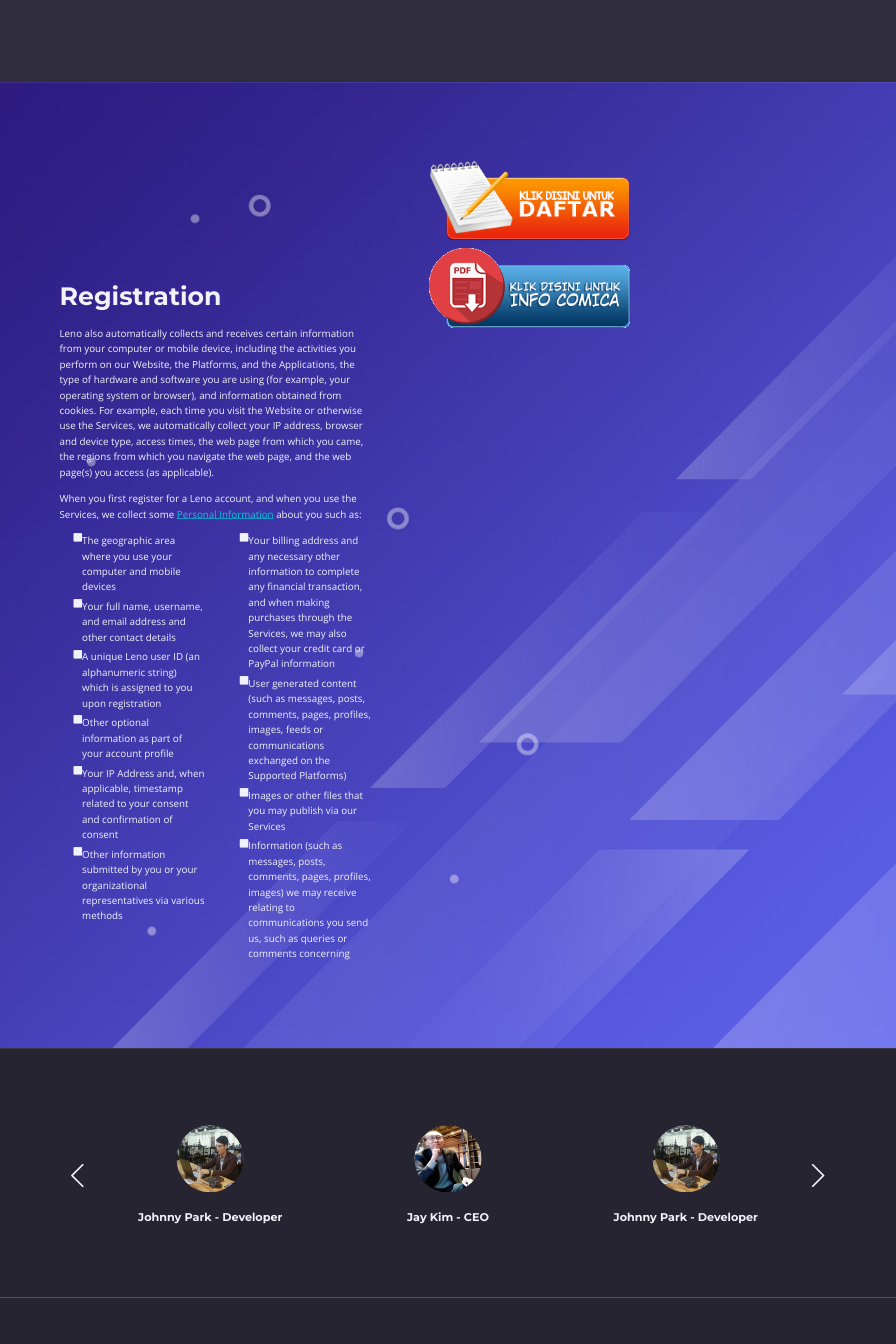
Repository: blackhat97/Homepage
Page: index.html
An editor plug-in stored every save of this project. The page is shown before and after the next save, followed by the edit.
The browser window is 1280 px wide. The pictures show the part of the page from y = 1646 to 3566 px (the page is 4349 px tall before and 4113 px after), at 70% of full size.

Above is the page before, as saved 2020-04-03 12:49:11.

After the next save:
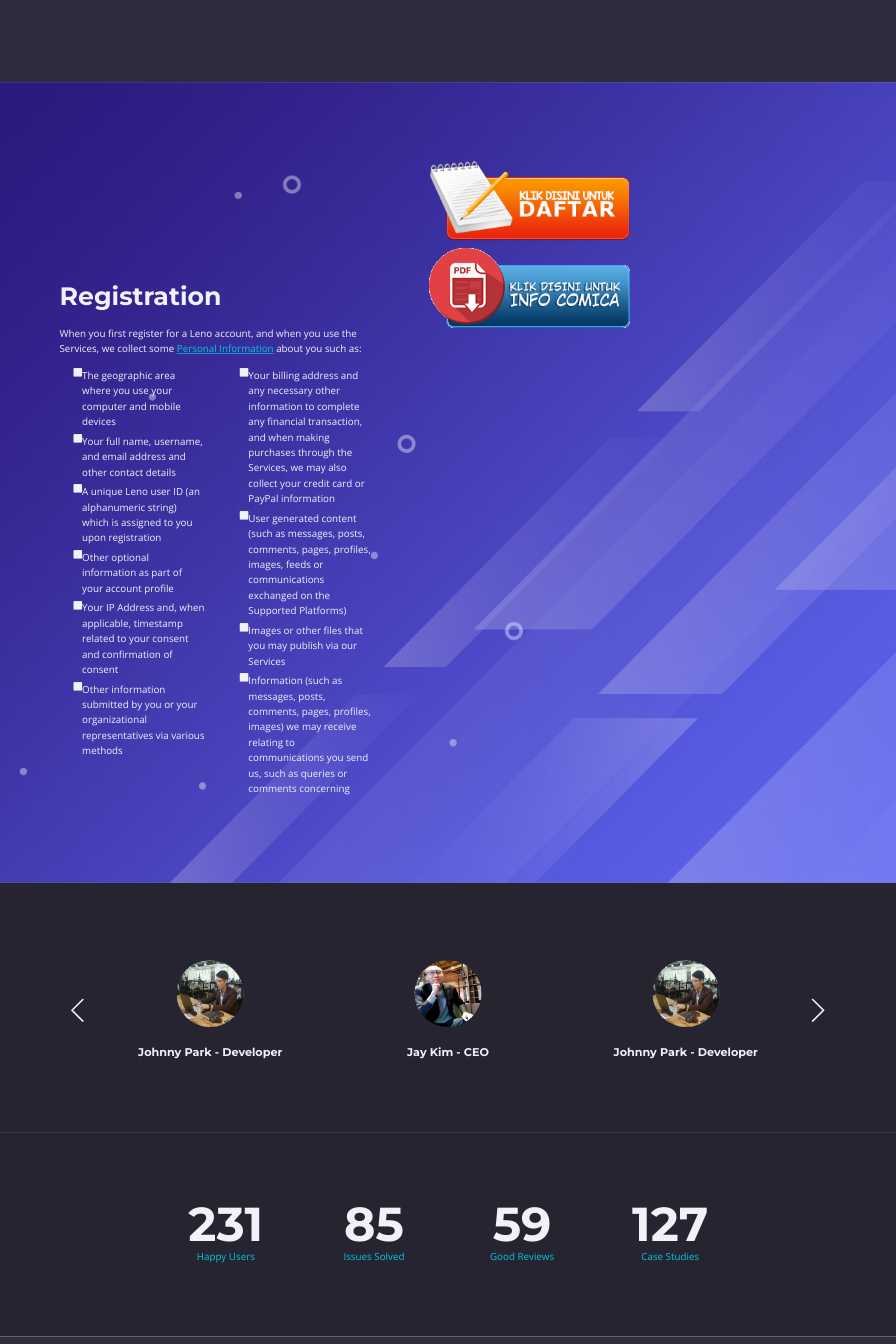
Saved 25 s later.
--- a/index.html
+++ b/index.html
@@ -223,7 +223,6 @@
                 <div class="col-lg-6 col-xl-5">
                     <div class="text-container">
                         <h2>Registration</h2>
-                        <p>Leno also automatically collects and receives certain information from your computer or mobile device, including the activities you perform on our Website, the Platforms, and the Applications, the type of hardware and software you are using (for example, your operating system or browser), and information obtained from cookies. For example, each time you visit the Website or otherwise use the Services, we automatically collect your IP address, browser and device type, access times, the web page from which you came, the regions from which you navigate the web page, and the web page(s) you access (as applicable).</p>
                         <p>When you first register for a Leno account, and when you use the Services, we collect some <a class="turquoise" href="#your-link">Personal Information</a> about you such as:</p>
                         <div class="row">
                             <div class="col-md-6">
